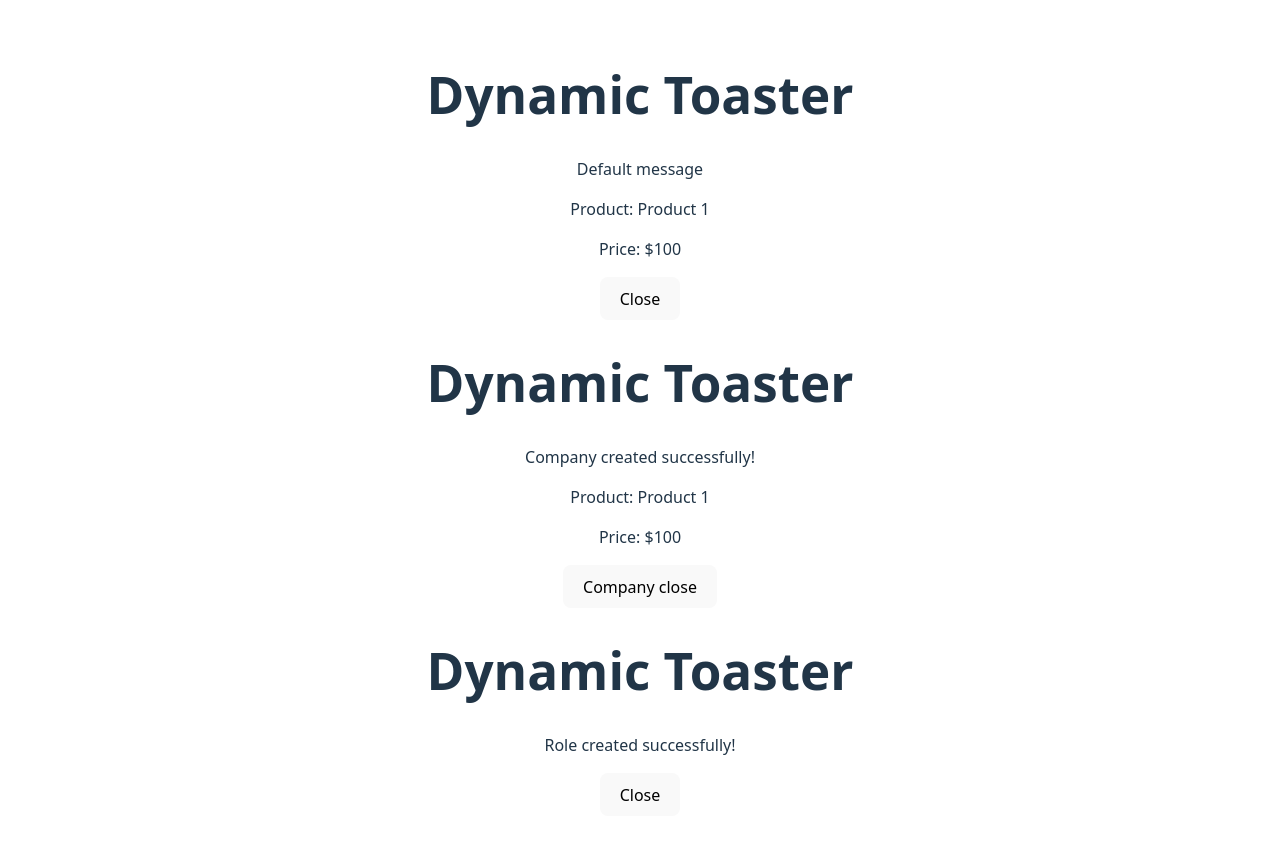
Repository: Janum4444/React-learning
Page: /
An editor plug-in stored every save of this project. The page is shown before and after the next save, followed by the edit.
The browser window is 1280 px wide. The pictures show the whole page.
The project was rebuilt for these pictures with package versions that can differ from the ones it lists, and the page was loaded fresh each time. Also part of the build but not shown: vite.config.js, src/Hello.jsx, src/UserProfile.jsx.

Above is the page before, as saved 2026-02-22 12:33:53.

### src/App.jsx

import './App.css'
import { DynamicToaster } from './DynamicToaster.jsx'
import { Hello } from './Hello.jsx'
import {UserProfile, CustomComponent} from './UserProfile.jsx'

function App() {

  let product = [
    {
      id: 1,
      name: "Product 1",
      price: 100
    },
    {
      id: 2,
      name: "Product 2",
      price: 200
    }
  ]

  return (
    <>
      <div>
        {/* <h1> Hello world</h1>
        <UserProfile />
        <CustomComponent />
        <Hello />   */}
        <DynamicToaster  product={product[0]} />

        {/* //company creation */}
        <DynamicToaster message="Company created successfully!" product={product[0]} label="Company close" />

        <DynamicToaster message="Role created successfully!" />


      </div>
    </>
  )
}

export default App

### src/DynamicToaster.jsx
import { Button } from "./Button"

export const DynamicToaster = ({message = "Default message", product, label = "Close"   }) => {
    // console.log(props);
    // let {message, product} = props

    return (
        <div>
            <h1> Dynamic Toaster </h1>
            <p>{message}</p>
            {product && (
                <div>
                    <p>Product: {product.name}</p>
                    <p>Price: ${product.price}</p>
                </div>
            )}

            <Button label={label} onClick={() => alert("Button clicked!")} />
        </div>
    )
}

### src/Button.jsx
export const Button = ({ label, onClick }) => {
    return (
        <button onClick={onClick}>{label}</button>
    )
}

Loaded but not shown: src/main.jsx (common file); src/index.css (common file); src/App.css (common file)

After the next save:
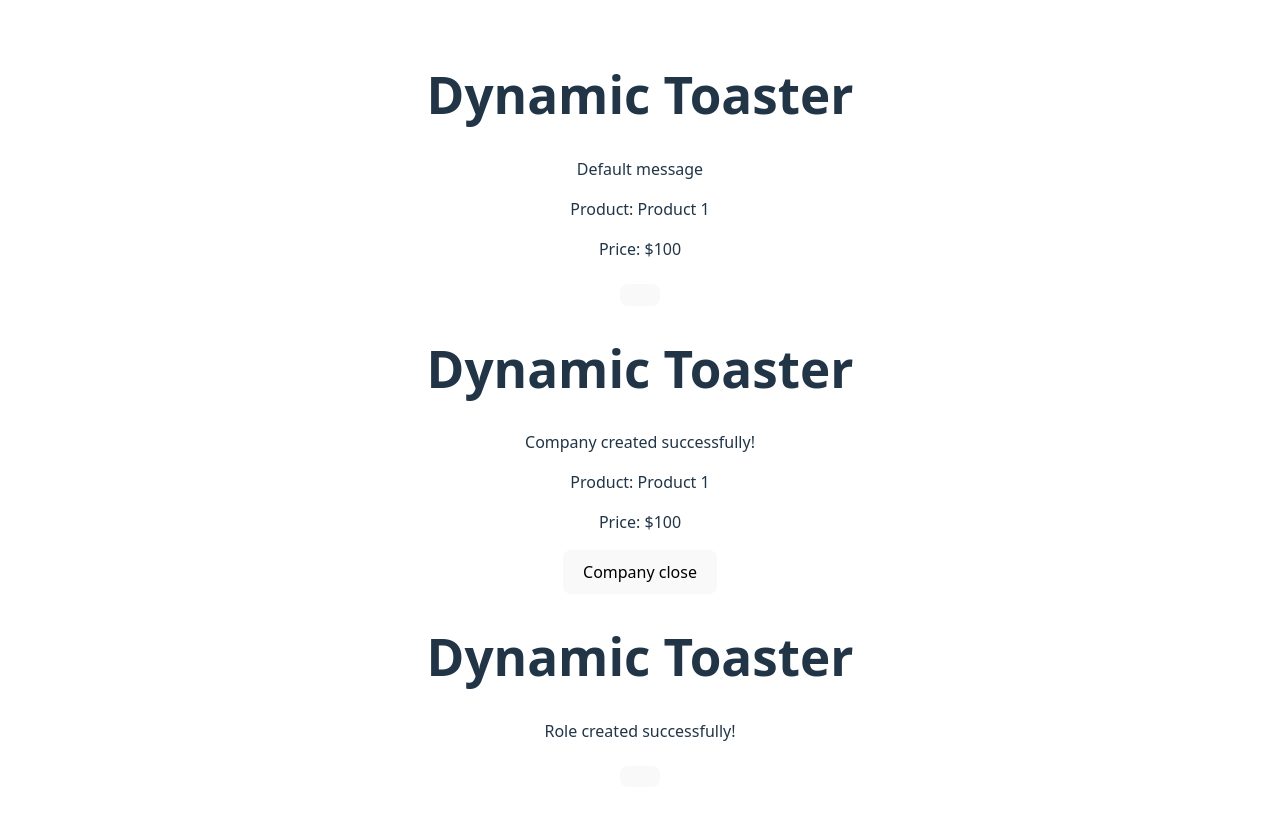
Saved 112 s later.
--- a/src/DynamicToaster.jsx
+++ b/src/DynamicToaster.jsx
@@ -1,6 +1,6 @@
 import { Button } from "./Button"
 
-export const DynamicToaster = ({message = "Default message", product, label = "Close"   }) => {
+export const DynamicToaster = ({message = "Default message", product, ...rest   }) => {
     // console.log(props);
     // let {message, product} = props
 
@@ -15,7 +15,7 @@ export const DynamicToaster = ({message = "Default message", product, label = "C
                 </div>
             )}
 
-            <Button label={label} onClick={() => alert("Button clicked!")} />
+            <Button {...rest} onClick={() => alert("Button clicked!")} />
         </div>
     )
 }
